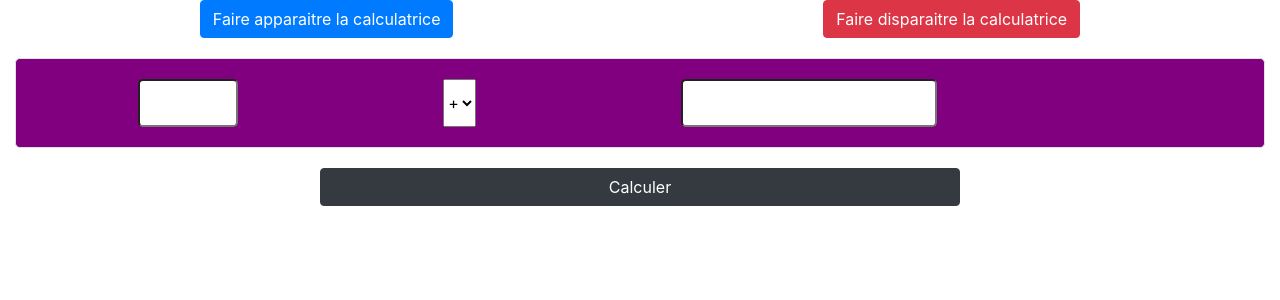
Repository: julieLyM/calculatrice
Page: calculatrice.html
These files come from the project's save history. The page is drawn as it stood at one moment and after the next save; the edit follows.
The browser window is 1280 px wide. The pictures show the whole page.

Above is the page before, as saved 2020-12-08 15:30:26.

### calculatrice.html
<!DOCTYPE html>
<html lang="fr">
  <head>
    <meta charset="UTF-8">
    <meta name="viewport" content="width=device-width, initial-scale=1.0">
		<link rel="stylesheet" href="https://cdn.jsdelivr.net/npm/bootstrap@4.5.3/dist/css/bootstrap.min.css" integrity="sha384-TX8t27EcRE3e/ihU7zmQxVncDAy5uIKz4rEkgIXeMed4M0jlfIDPvg6uqKI2xXr2" crossorigin="anonymous">

    <title>exercice calculatrice</title>
  </head>
  <body>
    <div class="container-fluid">
        <div class="row justify-content-around" style="margin: 0 auto; text-align:center">
          <button class="btn btn-primary" id="appear">
            Faire apparaitre la calculatrice
          </button>
          <button class="btn btn-danger" id="disapear">
            Faire disparaitre la calculatrice
          </button>
        </div>
        <div class="row justify-content-around border w-100 rounded-lg" id="blocCal"  style="padding: 20px;margin: 20px auto; text-align:center; background-color: purple">
          <input type="text" class="rounded-lg"  id="nombre1" style="width: 100px;">
          <select name="calcul" id="operateur">
            <option>+</option>
            <option>-</option>
            <option>*</option>
            <option>/</option>
          </select>
          <input type="text" class="rounded-lg"  id="nombre2">
          <br>
          <br>
        </div>
        <div class="row justify-content-center" style="margin-top: 20px">
          <button type="button" class="btn btn-dark w-50" id="calculer">Calculer</button>
        </div>
        <br>
        <div class="row justify-content-center">
          <div id="message"></div>
        </div>
      </div>
    <!--APPEL JQUERY-->
		<script src="https://code.jquery.com/jquery-3.5.1.min.js" integrity="sha256-9/aliU8dGd2tb6OSsuzixeV4y/faTqgFtohetphbbj0=" crossorigin="anonymous"></script>
		<script src="https://cdn.jsdelivr.net/npm/bootstrap@4.5.3/dist/js/bootstrap.bundle.min.js" integrity="sha384-ho+j7jyWK8fNQe+A12Hb8AhRq26LrZ/JpcUGGOn+Y7RsweNrtN/tE3MoK7ZeZDyx" crossorigin="anonymous"></script>
    <!--NOTRE CODE JS-->
    <script src="calculatrice.js"></script>
  </body>
</html>

### calculatrice.js
//Etapes :
// --------
// - faire une page html
// - créer deux input type text avec deux id différent pour la saisie des valeurs
// - créer un select avec un id pour proposer les différents opérateurs. (+-*/    ** %)
// - créer un bouton avec un id pour lancer le calcul (button, span)

// Avec js :
// ---------
// - lors du click  sur le bouton (evenement) :
// - récupérer les deux saisies des champs text et l'opérateur selectionné

// - il peut être important de passer les saisies dans un parseFloat() pour les transformer en type number
// - declencher le calcul des saisies selon  l'opérateur avec un if qui va tester l'opérateur pour déclencher l'opération.
// - afficher l'opération avec le résultat.

// Pour aller plus loin :
// ----------------------
// - essayer de donner la possibilité de faire apparaitre ou disparaitre la calculatrice

$(document).ready(function () {
  $('#appear').on('click', function () {
    $('#blocCal').slideDown(1000);
  });

  // Cacher la  calculatrice :
  $('#disapear').on('click', function () {
    $('#blocCal').slideUp(1000);
  });

  $('#calculer').on('click', function () {
    var value1 = $('#nombre1').val();
    var signe = $('#operateur').val();
    var value2 = $('#nombre2').val();

    value1 = parseFloat(value1);
    value2 = parseFloat(value2);
    var resultat = '';

    if (signe == '+') {
      resultat = $('#message').html(
        '<div style="background-color: pink;color: yellow; text-align: center;font-size:26px; padding:20px">Résultat addition: ' +
          value1 +
          signe +
          value2 +
          ' = ' +
          (value1 + value2) +
          '</div>'
      );
    } else if (signe == '-') {
      resultat = resultat = $('#message').html(
        '<div style="background-color: pink;color: blue; text-align: center;font-size:26px; padding:20px">Résultat soustration: ' +
          value1 +
          signe +
          value2 +
          ' = ' +
          (value1 - value2) +
          '</div>'
      );
    } else if (signe == '*') {
      resultat = resultat = $('#message').html(
        '<div style="background-color: pink;color: purple; text-align: center;font-size:26px; padding:20px">Résultat multiplication: ' +
          value1 +
          signe +
          value2 +
          ' = ' +
          value1 * value2 +
          '</div>'
      );
    } else if (signe == '/') {
      resultat = resultat = $('#message').html(
        '<div style="background-color: pink;color: green; text-align: center;font-size:26px; padding:20px">Résultat division: ' +
          value1 +
          signe +
          value2 +
          ' = ' +
          value1 / value2 +
          '</div>'
      );
    }
  });

  $('#nombre1, #nombre2').on('mouseover', function () {
    $('#message').html(
      `<div style="background-color: pink;color: red; padding:20px">Saisir un chiffre</div>`
    );
  });

  $('#nombre1, #nombre2').on('mouseout', function () {
    $('#message').html('');
  });

  $('#operateur').on('mouseover', function () {
    $('#message').html(
      `<div style="background-color: pink;color: red; padding:20px">Saisir un opérateur + - / *</div>`
    );
  });
  $('#operateur').on('mouseout', function () {
    $('#message').html('');
  });
});

After the next save:
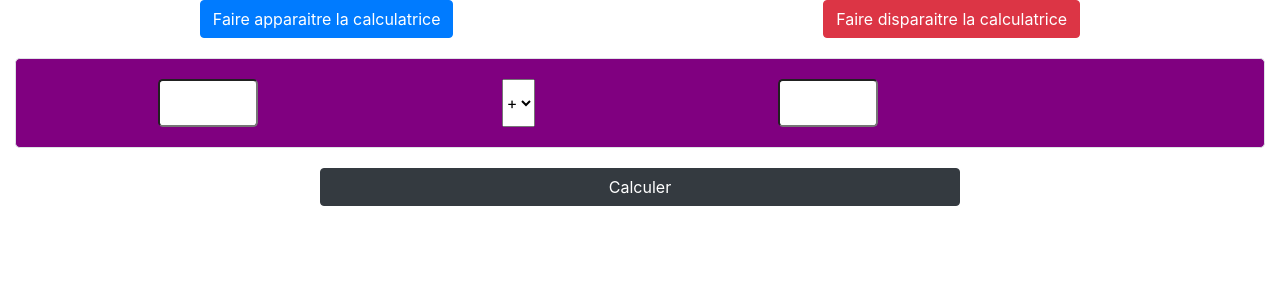
Saved 8 s later.
--- a/calculatrice.html
+++ b/calculatrice.html
@@ -25,7 +25,7 @@
             <option>*</option>
             <option>/</option>
           </select>
-          <input type="text" class="rounded-lg"  id="nombre2">
+          <input type="text" class="rounded-lg"  id="nombre2" style="width: 100px;">
           <br>
           <br>
         </div>
